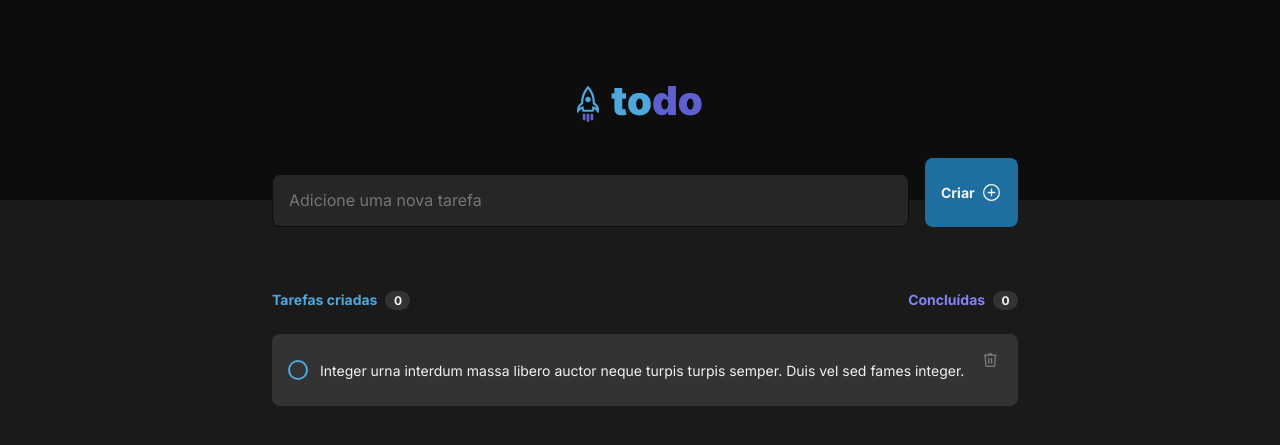
Repository: viniimartins/ToDoListROCKETSEAT
Page: /
The author's editor kept a copy of each file at every save. The page is drawn from the files as they stood at one save, then again after the next save.
The browser window is 1280 px wide. The pictures show the whole page.
The project was rebuilt for these pictures with package versions that can differ from the ones it lists, and the page was loaded fresh each time. Also part of the build but not shown: vite.config.ts.

Above is the page before, as saved 2023-05-08 14:38:57.

### index.html
<!DOCTYPE html>
<html lang="en">
  <head>
    <meta charset="UTF-8" />

    <link rel="preconnect" href="https://fonts.googleapis.com" />
    <link rel="preconnect" href="https://fonts.gstatic.com" crossorigin />

    <link rel="icon" type="image/svg+xml" href="/vite.svg" />
    <meta name="viewport" content="width=device-width, initial-scale=1.0" />
    <title>Vite + React + TS</title>

    <link
      href="https://fonts.googleapis.com/css2?family=Inter:wght@400;700&display=swap"
      rel="stylesheet"
    />
  </head>
  <body>
    <div id="root"></div>
    <script type="module" src="/src/main.tsx"></script>
  </body>
</html>

### src/App.tsx
import { Header } from "./Components/Header";
import { AddTask } from "./Components/AddTask";
import { Task } from "./Components/Task";

import styles from "./App.module.css";
import "./global.css";

export function App() {
  return (
    <>
      <div>
        <Header />

        <main className={styles.wrapper}>
          <AddTask />

            <Task />
        </main>
      </div>
    </>
  );
}

### src/Components/Header.tsx
import styles from "./Header.module.css";
import Logo from "../assets/Logo.svg";

export function Header() {
  return (
    <>
      <header className={styles.header}>
        <img src={Logo} />
      </header>
    </>
  );
}

### src/Components/AddTask.tsx
import { PlusCircle } from "phosphor-react";
import styles from "./AddTask.module.css";

export function AddTask() {
  return (
    <div className={styles.inputs}>
      <input
        className={styles.inputText}
        type="text"
        placeholder="Adicione uma nova tarefa"
      />
      <button className={styles.Button}>
        <span className={styles.ButtonText}>Criar</span>
        <PlusCircle size={21} />
      </button>
    </div>
  );
}

### src/Components/Task.tsx
import { TaskCreated } from "./TaskCreated";
import { TaskNotCreate } from "./TaskNotCreated";
import styles from "./task.module.css";

export function Task() {
  return (
    <div className={styles.task}>
      <header className={styles.taskHeader}>
        <div className={styles.taskCreated}>
          <p>Tarefas criadas</p>

          <span className={styles.taskCounter}>
            <p>0</p>
          </span>
        </div>

        <div className={styles.taskConcluded}>
          <p>Concluídas</p>

          <span className={styles.taskCounter}>
            <p>0</p>
          </span>
        </div>
      </header>

      <div>
          <TaskCreated />

      </div>
    </div>
  );
}

### src/App.module.css
.wrapper {
  max-width: 46rem;
  margin: -1.656rem auto;

  display: grid;
  grid-template-columns: 1fr;
  gap: 4rem;
  align-items: flex-start;

}

### src/global.css
:root {
  --white: #fff;

  --gray-100: #f2f2f2;
  --gray-200: #d9d9d9;
  --gray-300: #808080;
  --gray-400: #333333;
  --gray-500: #262626;
  --gray-600: #1a1a1a;
  --gray-700: #0d0d0d;

  --purble: #8284fa;
  --purbleDark: #5e60ce;

  --blue: #4ea8de;
  --blueDark: #1E6F9F;

  --darger: #e25858;
}

:focus {
  outline: transparent;
  box-shadow: 0 0 0 2px var(--purbleDark);
}

* {
  margin: 0;
  padding: 0;
  box-sizing: border-box;
}

body {
  background: var(--gray-600);
  color: var(--gray-100);
  -webkit-font-smoothing: antialiased;
}

body,
input,
textarea,
button {
  font-family: "Inter", sans-serif;
  font-weight: 400;
  font-size: 1rem;
}

### src/Components/Header.module.css
.header {
  height: 12.5rem;
  background-color: var(--gray-700);
  display: flex;
  justify-content: center;
  align-items: center;
}

.header img {
  width: 7.875rem;
  height: 3rem;
}

### src/Components/AddTask.module.css
.inputs {
  display: flex;
  gap: 1rem;
}

.inputText {
  width: 39.813rem;
  height: 3.313rem;

  border-radius: 0.5rem;
  padding: 1rem;
  border: 1px solid var(--gray-700);
  color: var(--gray-100);

  font-weight: 400;
  font-size: 1rem;
  background-color: var(--gray-500);
}

.Button {
  display: flex;
  align-items: center;

  background-color: var(--blueDark);
  color: var(--gray-100);

  border: none;
  border-radius: 0.5rem;
  padding: 1rem;
  cursor: pointer;
  gap: 0.4rem;


  font-weight: 700;
  font-size: 0.875rem;
}

.Button:hover {
  background: var(--blue);
}

### src/Components/TaskCreated.tsx
import React, { useState } from "react";
import styles from "./TaskCreated.module.css";
import Trash from "../assets/trash.svg";

interface Props {
  label: string;
}

export function TaskCreated({ label }: Props) {
  const [checked, setChecked] = useState(false);

  const handleChange = (event: React.ChangeEvent<HTMLInputElement>) => {
    setChecked(event.target.checked);
  };

  return (
    <div className={styles.taskCreated}>
      <label className={styles.checkbox}>
        <input type="checkbox" checked={checked} onChange={handleChange} />
        <span className={styles.checkmark}></span>
        <span className={styles.label}>
          Integer urna interdum massa libero auctor neque turpis turpis semper.
          Duis vel sed fames integer.
        </span>
      </label>

      <button>
        <img src={Trash} alt="trash" />
      </button>
    </div>
  );
}

### src/Components/Task.module.css
.taskHeader {
  display: flex;
  justify-content: space-between;

  margin-bottom: 1.5rem;

}

.taskCreated {
  display: flex;
  gap: 0.5rem;
}

.taskCreated p {
  color: var(--blue);
  font-size: 0.875rem;
  font-weight: 700;
}

.taskConcluded {
  display: flex;
  gap: 0.5rem;
}

.taskConcluded p {
  color: var(--purble);
  font-size: 0.875rem;
  font-weight: 700;
}

.taskCounter {
  width: 25px;
  height: 19px;

  display: flex;
  align-items: center;
  justify-content: center;

  padding: 2px 8px;
  border-radius: 999px;

  background-color: var(--gray-400);
}

.taskCounter p {
  font-size: 12px;
  font-weight: 700;
  line-height: 15px;
  background-color: transparent;
  color: inherit;
}

### src/Components/TaskCreated.module.css
.taskCreated {
  display: flex;
  align-items: center;
  justify-content: space-between;

  background-color: var(--gray-400);
  border-color: 1px solid var(--gray-500);
  height: 4.5rem;
  border-radius: 0.5rem;
  padding: 1rem;
  margin-bottom: 0.75rem;
}

.checkbox {
  display: inline-block;
  position: relative;
  cursor: pointer;
  user-select: none;
}

.checkbox input {
  position: absolute;
  opacity: 0;
  cursor: pointer;
}

.checkmark {
  position: absolute;
  top: 0;
  left: 0;
  height: 20px;
  width: 20px;
  border: 2px solid var(--blue);
  border-radius: 50%;
  background-color: transparent;
}

.checkbox:hover input ~ .checkmark {
  background-color: var(--blueDark);
}

.checkbox input:checked ~ .checkmark {
  background-color: var(--purbleDark);
  border-color: var(--purbleDark);
}

.checkbox input:checked ~ .checkmark:hover {
  background-color: var(--purble);
  border-color: var(--purble);
}

.checkmark::after {
  content: "";
  position: absolute;
  display: none;
}

.checkbox input:checked ~ .checkmark::after {
  display: block;
}

.checkbox .checkmark::after {
  left: 5px;
  top: 1px;
  width: 4px;
  height: 9px;
  border: solid white;
  border-width: 0 1.9px 1.9px 0;
  transform: rotate(45deg);
}

.label {
  margin-left: 2rem;
  font-size: 0.875rem;
}

button {
  border: none;
  background: none;
  margin-top: -1rem;
  cursor: pointer;
}

Loaded but not shown: src/main.tsx (common file)

After the next save:
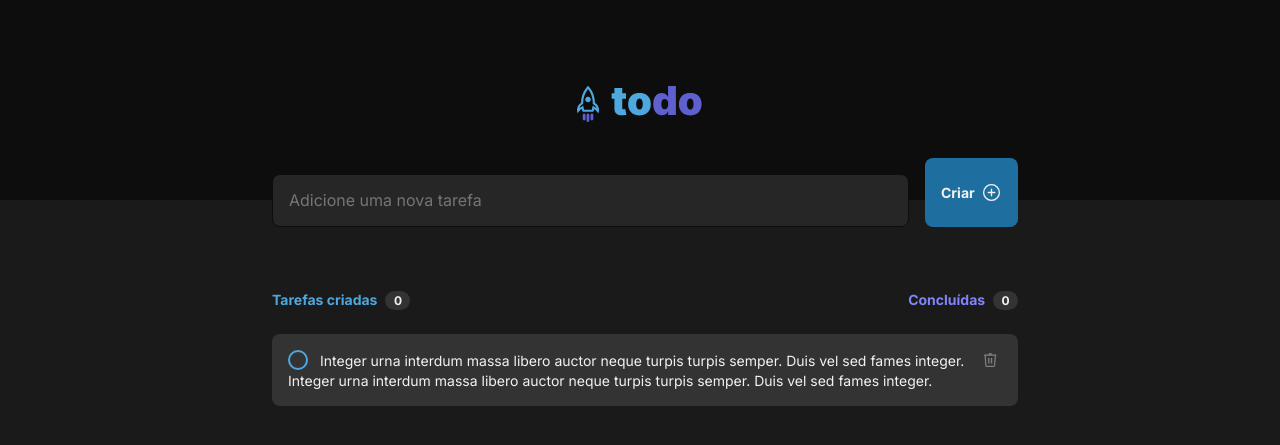
Saved 13 s later.
--- a/src/Components/TaskCreated.tsx
+++ b/src/Components/TaskCreated.tsx
@@ -21,6 +21,7 @@
         <span className={styles.label}>
           Integer urna interdum massa libero auctor neque turpis turpis semper.
           Duis vel sed fames integer.
+          Integer urna interdum massa libero auctor neque turpis turpis semper. Duis vel sed fames integer.
         </span>
       </label>
 

After the save that followed:
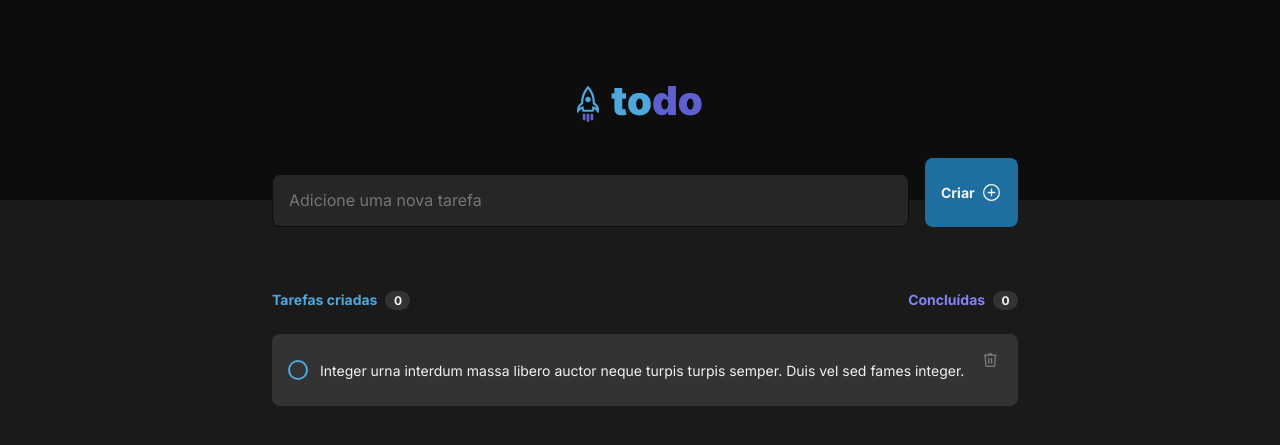
Saved 10 s later.
--- a/src/Components/TaskCreated.tsx
+++ b/src/Components/TaskCreated.tsx
@@ -21,7 +21,6 @@
         <span className={styles.label}>
           Integer urna interdum massa libero auctor neque turpis turpis semper.
           Duis vel sed fames integer.
-          Integer urna interdum massa libero auctor neque turpis turpis semper. Duis vel sed fames integer.
         </span>
       </label>
 
